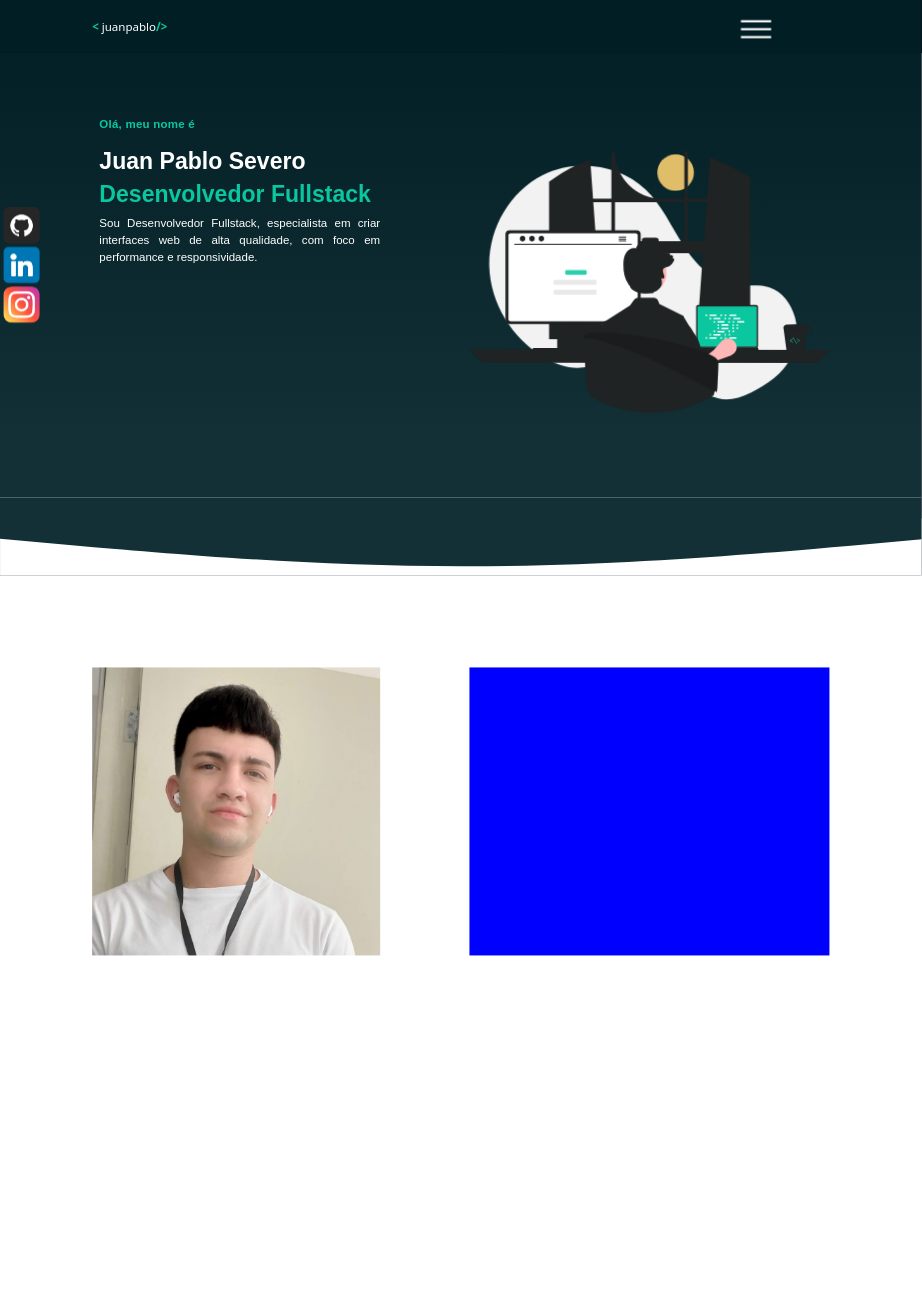
Repository: JuanPabloDS/portifolio
Page: http://localhost/
The author's editor kept a copy of each file at every save. The page is drawn from the files as they stood at one save, then again after the next save.
The browser window is 1280 px wide. The pictures show the whole page, at 72% of full size.
The page is served by the project's application, run on Django 4.2 (manage.py). Other server files are loaded and not shown.

Above is the page before, as saved 2023-03-23 16:06:12.

### core/templates/index.html
{% extends 'base.html' %}

{% block content %}

{% include 'apresentacao.html' %}

{% include 'perfil.html' %}

{% include 'portifolio.html' %}

{% include 'footer.html' %}

{% endblock %}

### core/templates/base.html
{% load static %}
<!DOCTYPE html>
<html lang="pt-br">
    <head>
        <!-- Required meta tags -->
        <meta charset="UTF-8">
        <meta http-equiv="X-UA-Compatible" content="IE=edge">
        <meta name="viewport" content="width=device-width, initial-scale=1.0">
        <title>Portifólio</title>
        <!-- Bootstrap CSS -->
        <link rel="stylesheet" href="{% static 'css/bootstrap.min.css' %}">
        <link rel="stylesheet" href="{% static 'css/style.css' %}">
        <link rel="stylesheet" href="{% static 'fonts/Poppins-Light.ttf' %}">

    </head>
    <body>
        <div class="pos-f-t">
          <header>
            <nav>
              <span class="span"><span class="span-cor">< </span>juanpablo<span class="span-cor">/></span></span>
              <ul class="nav-list">
                <div class="mobile-menu-ex">
                </div>
                <li><a href="#">Início</a></li>
                <li><a href="#">Sobre</a></li>
                <li><a href="#">Projetos</a></li>
                <li><a href="#">Contato</a></li>
              </ul>
            </nav>
          </header>
        </div>
        <div class="menu-icon">
            <div class="mobile-menu">
              <div class="line1"></div>
              <div class="line2"></div>
              <div class="line3"></div>
            </div>
          </div>
          <div class="page">


{% block content %}
{% endblock %}

### core/templates/perfil.html
{% load static %}
<div class="perfil">
    <div class="foto">
        <img src="{% static '/img/perfil/perfil.jpeg' %}" alt="">

    </div>
    <div class="sobre">

    </div>

</div>

### core/templates/footer.html
{% load static %}
</div>
<!-- jQuery first, then Tether, then Bootstrap JS. -->
<script src="{% static 'js/script.js' %}"></script>
<script src="{% static 'js/jquery.js' %}"></script>
<script src="{% static 'js/bootstrap.js' %}" ></script>
<script src="{% static 'js/bootstrap.min.js' %}" ></script>
<script src="{% static 'js/bootstrap.bundle.js' %}" ></script>
<script src="{% static 'js/bootstrap.bundle.min.js' %}" ></script>
</body>
</html>

### core/views.py
from django.views.generic import TemplateView

class IndexView(TemplateView):
    template_name: str = 'index.html'

### portifolio/urls.py
"""portifolio URL Configuration

The `urlpatterns` list routes URLs to views. For more information please see:
    https://docs.djangoproject.com/en/4.1/topics/http/urls/
Examples:
Function views
    1. Add an import:  from my_app import views
    2. Add a URL to urlpatterns:  path('', views.home, name='home')
Class-based views
    1. Add an import:  from other_app.views import Home
    2. Add a URL to urlpatterns:  path('', Home.as_view(), name='home')
Including another URLconf
    1. Import the include() function: from django.urls import include, path
    2. Add a URL to urlpatterns:  path('blog/', include('blog.urls'))
"""
from django.contrib import admin
from django.urls import path, include

from django.conf.urls.static import static
from django.conf import settings

urlpatterns = [
    path('admin/', admin.site.urls),
    path('', include('core.urls')),
] + static(settings.MEDIA_URL, document_root=settings.MEDIA_ROOT)

### core/urls.py
from django.urls import path
from .views import IndexView

urlpatterns = [
    path('', IndexView.as_view(), name='index')
]

### core/static/css/style.css
/*! body */


body{
  margin: auto;
  height: 100%;
  font-family: 'Poppins', sans-serif;
}


* {
scrollbar-color: #454a4d #202324;
}

.hidden {
overflow: hidden;
}

main{
  margin: auto;
  width: 80%;
}

.page {
  margin: auto;
  width: 100%;
  padding-left: 10%;
  padding-right: 10%;
  background: -webkit-linear-gradient(270deg, #011e24, #133036 90%);

}


@media screen and (max-width: 600px) {
  body{
      width: 100%;
      margin: auto;
  }

}

/*! Menu */

a {
color: #fff;
text-decoration: none;
transition: 0.3s;
}

a:hover {
opacity: 0.7;
}

nav {
display: flex;
align-items: center;
font-family: system-ui, -apple-system, Helvetica, Arial, sans-serif;
background: #011e24;
height: 73px;
position: fixed;
width: 100%;
}


main {
background: url("bg.jpg") no-repeat center center;
background-size: cover;
height: 92vh;
float: right;
}

.nav-list {
list-style: none;
display: flex;
position: fixed;
z-index:9;
top: 0;
width: 100vw;
height: 100%;
background: #15081f;
flex-direction: column;
align-items: center;
justify-content: space-around;
transform: translateX(100%);
transition: transform 0.3s ease-in;
}

.span {
color: white;

margin-left: 10%;
}

.span-cor{
color: #0bc7a0;
font-weight: bold;
}

.nav-list li {
letter-spacing: 3px;
margin-left: 0;
opacity: 0;
}

.mobile-menu {
display: block;
cursor: pointer;
width: 80%;
margin:auto;
}

.mobile-menu div {
width: 42px;
height: 3px;
background: #fff;
margin: 8px;
margin-left: auto;
transition: 0.3s;
}

.mobile-menu.active .line1 {
transform: rotate(-45deg) translate(-9px, 10px);
}

.mobile-menu.active .line2 {
opacity: 0;
}

.mobile-menu.active .line3 {
transform: rotate(45deg) translate(-5px, -7px);
}

.nav-list.active {
transform: translateX(0);
}

.mobile-menu-ex {
display: block;
cursor: pointer;
}


@keyframes navLinkFade {
from {
  opacity: 0;
  transform: translateX(50px);
}
to {
  opacity: 1;
  transform: translateX(0);
}
}

.menu-icon {
position: fixed;
z-index:10;
top:0;
margin-top: 20px;
left: 80%;
}

@media screen and (max-width: 800px) {

.mobile-menu div {
  background: #fff;
  margin: 4px;
  transition: 0.3s;
  width: 25px;
  }
.span{
  font-size: 0.8rem;
}
.mobile-menu.active .line1 {
  transform: rotate(-45deg) translate(-4px, 2px);
}

.mobile-menu.active .line3 {
  transform: rotate(45deg) translate(-8px, -6px);
}

.nav-list a {
  font-size: 10px;
}


}


/*! Fim Menu inicial */

/*! Apresentacao */

.apresentacao{
  display: flex;
  flex-direction: row ;
  flex-wrap: wrap;
  background-color: black;
}

.imagem{
display: flex;
flex-direction: row ;
flex-wrap: wrap;
flex-flow: row wrap;
justify-content: flex-end;
margin-top: 0px;
margin-bottom: 50px;
align-items: end;
width: auto;
height: auto;
}

.imagem img {

  width: 400px;
  height: 400px;
  float: right;
  -webkit-filter: drop-shadow(15px 10px 5px rgba(0,0,0,.5));
  filter: drop-shadow(15px 10px 5px rgba(0,0,0,.5));
}

.svg {
background-color: #133036;
}

.apresentacao-img {
width: 150px;
height: 150px;
border-radius: 100%;
}

.apresentacao-img:hover {
-webkit-transform: scale(2.3);
-ms-transform: scale(2.3);
transform: scale(1.3);
}



.apresentacao-div{
margin-left: 15px;
margin-top: 20px;
}
.apresentacao-p{
width: 400px;
margin-top: 20px;
font-size: 16px;
color: white;
text-align: justify;
padding-left: 10px;
}
.apresentacao-p p {
margin-bottom: 20px;
}
.apresentacao-p h2 {
font-weight: 600;
}

.h2 {
color: #0bc7a0;
}

.show{
display: flex;
flex-flow: row wrap;
justify-content: space-between;
margin-top: 11vw;
width: 100%;
}

.nome {
color: #0bc7a0;
font-weight: 600;
font-size: inherit;
letter-spacing: 0.02rem;
}

.borda{
display: flex;
flex-direction: row ;
flex-wrap: wrap;
}

.borda h1 {
  font-weight: bold;
  color: white;
  font-size: 60px;
  letter-spacing: 5px;
  text-shadow: rgb(114, 106, 106) 0.05em 0.05em 0.1em;

}

.borda h3 {
font-weight: bold;
color: white;
font-size: 17px;
letter-spacing: 5px;
padding-bottom: 15px;
text-shadow: rgb(114, 106, 106) 0.05em 0.05em 0.1em;


}
.icons{
position: fixed;
padding-left: 5px;
bottom: 0;
left: 0;
width: 50px;
top: 40%;
}

.icons img{
width: 50px;
height: 50px;
margin-bottom: 5px;
}

/* SVG */

#change {
animation: change 6s infinite;
transform-origin: center;
}

@keyframes change {
0% {
  transform: rotateZ(0deg);

}
30% {
  transform: rotateZ(100deg);

}
40%, 50% {
  opacity: 0;
}
90%, 100% {
  transform: rotateZ(360deg);
}
}

#code1 {
animation: code 3s ease infinite;
}

@keyframes code {
20%, 100% {
  opacity: 0;
}
0% {
  width: 0;
  opacity: 1;
}
100%{
  width: 100;
  opacity: 1;
}
}

#code2 {
animation: code2 3s infinite ease-in-out;
}

@keyframes code2 {

0% {
  width: 0px;
}
100%{
  width: 200;
  opacity: 1;
}
}
/* Fim SVG */

@media screen and (max-width: 800px) {
.borda {
  display: flex;
  flex-direction: column;
  flex-wrap: inherit;
  width: 135%;
}
.borda h1 {
  letter-spacing: 0.6vw;
  font-size: 7vw;
}
.borda h3 {

  font-size: 4vw;
  letter-spacing: 0.6vw;
}
.borda p {
  margin-top: 1vw;
  font-size: 2vw;
}
.imagem img {
  margin-top: 3vw;
  width: 50vw;
  height: 50vw;
}
.icons{
  width: 30px;
}
.icons img {
  width: 30px;
  height: 30px;
}
.apresentacao-p {
  font-size: 12px;
  margin-top: 100px;
}
.apresentacao-p h2 {
  font-size: 1.5rem;
}
.imagem svg {
  width:400px;
  height:400px;
}



}
#elementEl::after {
content: '|';
margin-left: 5px;
animation: blink 0.7s infinite;

}

@keyframes blink {
0% {
  opacity: 1;
}
100% {
  opacity: 0;
}
}

/*! Fim Apresentação */

/*! perfil */


.perfil {
  height: 1000px;
  width: 100%;
  display: flex;
  flex-direction: row ;
  flex-wrap: wrap;
  flex-flow: row wrap;
  justify-content: space-between;
  padding-left: 10%;
  padding-right: 10%;
  padding-top: 10%;

}

.foto {
  width: 400px;
  height: 400px;
  background-color: red;
  position: relative;
  border-radius: 50%;
}

.box::before{
  content: '';
  position: absolute;
  inset: -10px 140px;
  background: linear-gradient(315deg, #0bc7a0, #102d33 );
}



.foto img {
  width: 400px;
  height: 400px;
}

.sobre {
  width: 500px;
  height: 400px;
  background-color: blue;
}

Loaded but not shown: core/templates/portifolio.html (common file); core/static/css/bootstrap.min.css (library); core/static/js/jquery.js (library); core/static/js/bootstrap.js (library); core/static/js/bootstrap.min.js (library); core/static/js/bootstrap.bundle.js (library); core/static/js/bootstrap.bundle.min.js (library); core/static/js/script.js (58 lines, source omitted); core/templates/apresentacao.html (135 lines, source omitted)

After the next save:
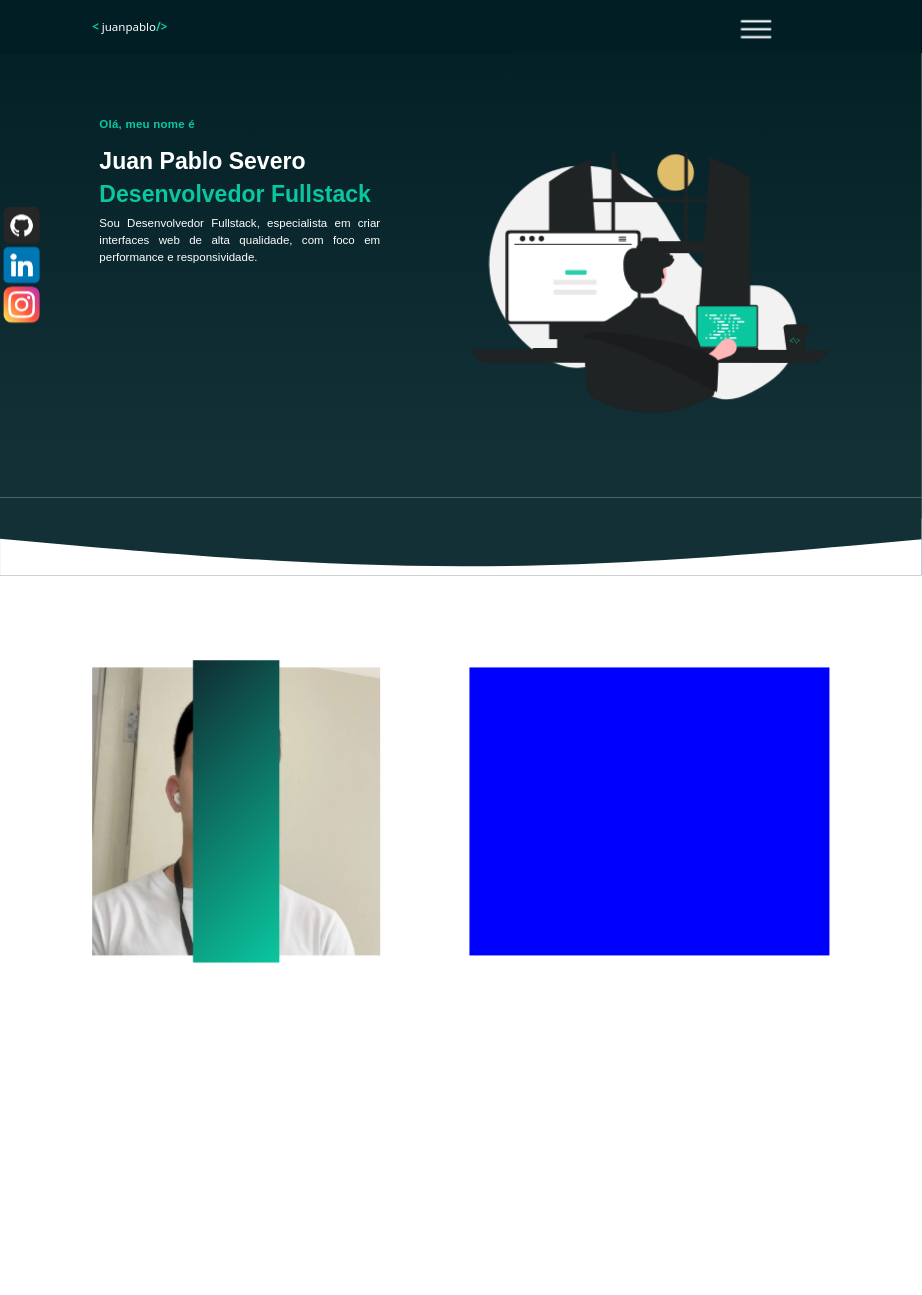
Saved 15 s later.
--- a/core/static/css/style.css
+++ b/core/static/css/style.css
@@ -463,7 +463,7 @@ animation: blink 0.7s infinite;
   border-radius: 50%;
 }
 
-.box::before{
+.foto::before{
   content: '';
   position: absolute;
   inset: -10px 140px;
